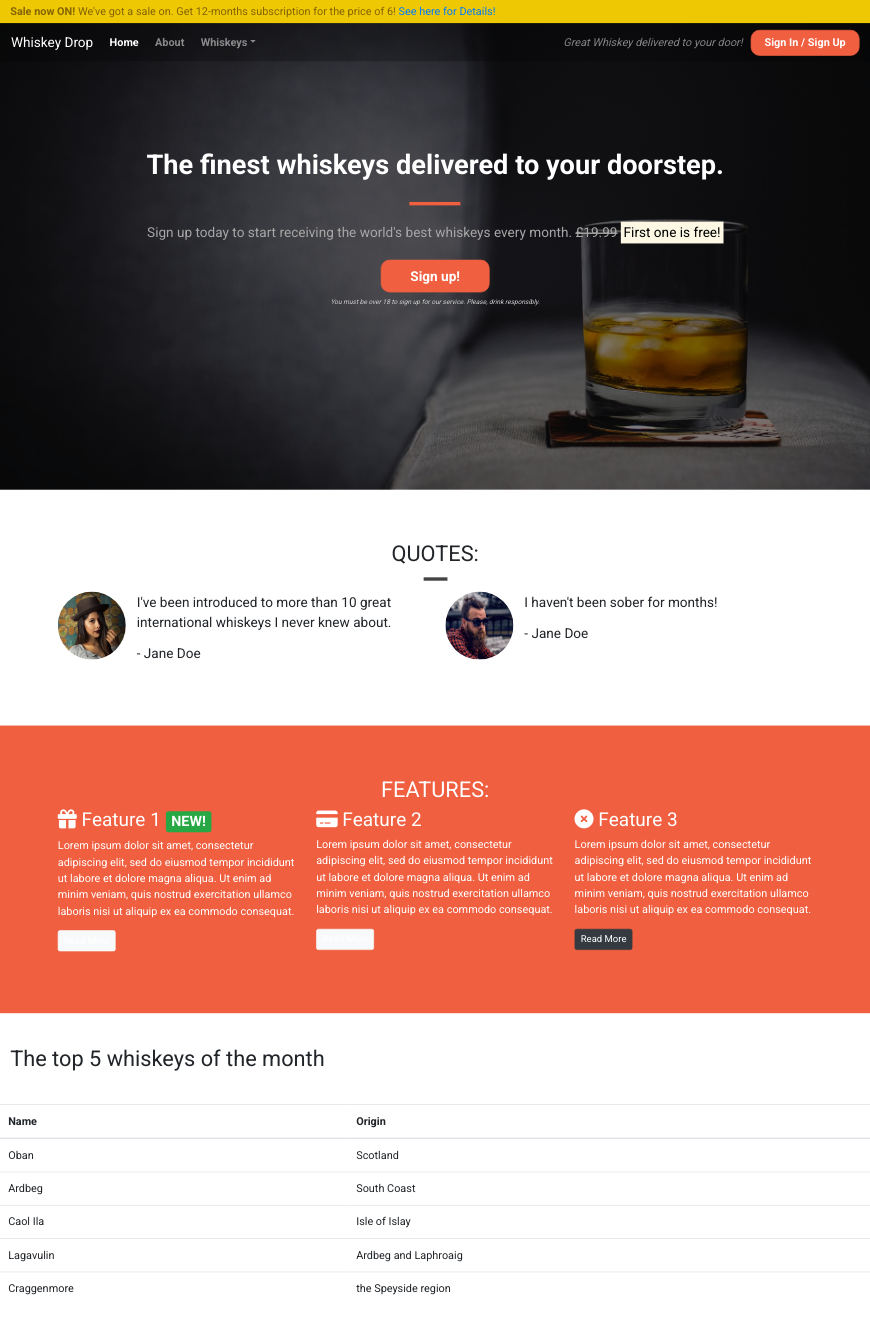
Repository: hidayatmansuri/BootStrap
Page: index.html
The author's editor kept a record of every edit. The page is drawn from the files as they stood at one moment, then again after the next edit.
The browser window is 1280 px wide. The pictures show the whole page, at 68% of full size.
Backgrounds fixed to the window are drawn as part of the page. Some web libraries are served in a nearby version.

Above is the page before.

### index.html
<!DOCTYPE html>
<html lang="en-us">

<head>
    <meta charset="utf-8">
    <meta name="viewport" content="width=device-width, initial-scale=1.0">
    <meta http-equiv="X-UA-Compatible" content="ie=edge">
    <title>Whiskey Drop | Taste a new whiskey every month</title>
    <link rel="stylesheet" href="https://maxcdn.bootstrapcdn.com/bootstrap/4.1.3/css/bootstrap.min.css">
    <script src="https://kit.fontawesome.com/011e87d520.js"></script>
    <link href="https://fonts.googleapis.com/css?family=Roboto:400,700&display=swap" rel="stylesheet">
    <link rel="stylesheet" href="css/style.css" type="text/css" />
</head>

<body>
    <div class="container-fluid navalert-container">
        <div class="container-fluid alert-container">
            <div class="row d-none d-sm-block">
                <div class="col-12">
                    <div class="site-wide-alert aler alert-warning">
                        <strong>Sale now ON!</strong> We've got a sale on. Get 12-months subscription for the price of 6! <a href="">See here for Details!</a>
                    </div>
                </div>
            </div>
        </div>
        <nav class="navbar navbar-dark navbar-expand-sm">
            <a href="/" class="navbar-brand"> Whiskey Drop</a>
            <button class="navbar-toggler ml-auto" type="button" data-toggle="collapse" data-target="#navbarNavDropdown" aria-controls="navbarNavDropdown" aria-expanded="false" aria-label="Toggle navigation">
        <span class="navbar-toggler-icon"></span></button>
            <div class="collapse navbar-collapse" id="navbarNavDropdown">
                <ul class="navbar-nav mr-auto">
                    <li class="active nav-item mr-2"><a class="nav-link" href="/">Home</a></li>
                    <li class="nav-item mr-2"><a class="nav-link" href="/ about">About</a></li>
                    <li class="nav-item dropdown">
                        <a class="nav-link dropdown-toggle" href="#" id="navbarDropdownMenuLink" role="button" data-toggle="dropdown" aria-haspopup="true" aria-expanded="false">Whiskeys</a>
                        <div class="dropdown-menu" aria-labelledby="navbarDropdownMenuLink">
                            <a class="dropdown-item" href="#">Irish</a>
                            <a class="dropdown-item" href="#">Scotch</a>
                            <a class="dropdown-item" href="#">Japanese</a>
                            <a class="dropdown-item" href="#">American</a>
                        </div>
                    </li>
                    <li class="nav-item mr-2 d-block d-sm-none">
                        <a class="nav-link " href="/ login">Sign In / Sign Up</a></li>
                </ul>
            </div>
            <div class="d-none d-md-block">
                <p class="navbar-text my-auto mr-2"><i>Great Whiskey delivered to your door!</i></p>
                <a href="/login" class="btn btn--cta btn--red"> Sign In / Sign Up</a>
            </div>
        </nav>
    </div>

    <!-- Callout -->
    <div class="container-fluid callout-container">
        <div class="opaque-overlay">&nbsp</div>
        <div class="row ">
            <div class="col-12">
                <section class="callout jumbotron text-center">
                    <h1 class="jumbotron-header">The finest whiskeys delivered to your doorstep.</h1>
                    <hr class="block-divider block-divider--orange">
                    <p class="lead">Sign up today to start receiving the world's best whiskeys every month.
                        <s class="d-none d-sm-inline">£19.99</s>
                        <span class="d-inline d-sm-none"><br></span>
                        <strong><mark>First one is free!</mark></strong></p>
                    <button class="btn btn-lg btn--cta btn--red" data-toggle="modal" data-target="#signUpModal">Sign up!</button>
                    <p class="text-muted"><small>You must be over 18 to sign up for our service. Please, drink responsibly.</small></p>
                </section>
            </div>
        </div>
    </div>
    <!-- /.callout -->


    <!-- Quotes -->
    <div class="container-wrapper">
        <div class="container quotes-container content-container">
            <section class="quotes">
                <div class="row">
                    <div class="col-12 page-header">
                        <h2 class="text-uppercase">Quotes:</h2>
                        <hr class="block-divider block-divider--short">
                    </div>
                </div>
                <div class="row">
                    <div class="col-12 col-md-6">
                        <div class="media">
                            <div class="d-none d-sm-block">
                                <img src="images/girl-image.png" class="rounded-circle mr-3" height=100 width=100>
                            </div>
                            <div class="media-body">
                                <blockquote class="blockquote">
                                    <p>I've been introduced to more than 10 great international whiskeys I never knew about.</p>
                                    <p>- Jane Doe</p>
                                </blockquote>
                            </div>
                        </div>
                    </div>
                    <div class="col-12 col-md-6">
                        <div class="media">
                            <div class="d-none d-sm-block">
                                <img src="images/guy-image.png" class="rounded-circle mr-3" height=100 width=100>
                            </div>
                            <div class="media-body">
                                <blockquote class="blockquote">
                                    <p>I haven't been sober for months!</p>
                                    <p>- Jane Doe</p>
                                </blockquote>
                            </div>
                        </div>
                    </div>
                </div>
            </section>
            <!-- /.quotes -->
        </div>
    </div>
    <!-- Features -->
    <div class="containr-wrapper container-wrapper--red">
        <div class="container feature-container content-container">
            <section class="features">
                <div class="row">
                    <div class="col-12 page-header">
                        <h2 class="text-uppercase">Features:</h2>
                    </div>
                </div>
                <div class="row">
                    <div class="col-12 col-md-6 col-lg-4">
                        <div class="feature">
                            <h3><i class="fas fa-gift d-none d-sm-inline"></i> Feature 1 <span class="badge badge-success">NEW!</span></h3>
                            <p>Lorem ipsum dolor sit amet, consectetur adipiscing elit, sed do eiusmod tempor incididunt ut labore et dolore magna aliqua. Ut enim ad minim veniam, quis nostrud exercitation ullamco laboris nisi ut aliquip ex ea commodo consequat.</p>
                            <p><a class="btn btn-sm btn-light">Read More</a></p>
                        </div>
                    </div>
                    <div class="col-12 col-md-6 col-lg-4">
                        <div class="feature">
                            <h3><i class="fas fa-credit-card d-none d-sm-inline"></i> Feature 2</h3>
                            <p>Lorem ipsum dolor sit amet, consectetur adipiscing elit, sed do eiusmod tempor incididunt ut labore et dolore magna aliqua. Ut enim ad minim veniam, quis nostrud exercitation ullamco laboris nisi ut aliquip ex ea commodo consequat.</p>
                            <p><a class="btn btn-sm btn-light">Read More</a></p>
                        </div>
                    </div>
                    <div class="col-12 d-md-none d-lg-block col-lg-4 d-none d-sm-inline">
                        <div class="feature">
                            <h3><i class="fas fa-times-circle"></i> Feature 3</h3>
                            <p>Lorem ipsum dolor sit amet, consectetur adipiscing elit, sed do eiusmod tempor incididunt ut labore et dolore magna aliqua. Ut enim ad minim veniam, quis nostrud exercitation ullamco laboris nisi ut aliquip ex ea commodo consequat.</p>
                            <p><a class="btn btn-sm btn-dark">Read More</a></p>
                        </div>
                    </div>
                </div>
            </section>
            <!-- /.features -->
        </div>
    </div>
    <section>
        <div class="col-12 my-5">
            <h2>The top 5 whiskeys of the month</h2>
        </div>
        <table class="my-5 table">
            <thead>
                <tr>
                    <th scope="col">Name</th>
                    <th scope="col">Origin</th>
                </tr>
            </thead>
            <tbody>
                <tr>
                    <td>Oban</td>
                    <td>Scotland</td>
                </tr>
                <tr>
                    <td>Ardbeg</td>
                    <td>South Coast</td>
                </tr>
                <tr>
                    <td>Caol Ila</td>
                    <td>Isle of Islay</td>
                </tr>
                <tr>
                    <td>Lagavulin</td>
                    <td>Ardbeg and Laphroaig</td>
                </tr>
                <tr>
                    <td>Craggenmore</td>
                    <td>the Speyside region</td>
                </tr>
            </tbody>
        </table>

    </section>

    <div class="modal" tabindex="-1" role="dialog" id="signUpModal">
        <div class="modal-dialog" role="document">
            <div class="modal-content">
                <div class="modal-header">
                    <h5 class="modal-title">Sign Up to Whiskey Drop!</h5>
                    <button type="button" class="close" data-dismiss="modal" aria-label="Close">
          <span aria-hidden="true">&times;</span>
        </button>
                </div>
                <div class="modal-body">
                    <form>
                        <div class="form-group">
                            <label for="exampleInputEmail1">Email address</label>
                            <input type="email" class="form-control" id="exampleInputEmail1" aria-describedby="emailHelp" placeholder="Enter email">
                            <small id="emailHelp" class="form-text text-muted">We'll never share your email with anyone else.</small>
                        </div>
                        <div class="form-group">
                            <label for="Password">Password</label>
                            <input type="password" class="form-control" id="Password" placeholder="Password">
                        </div>
                        <div class="form-group">
                            <label for="repeatPassword">Repeat Password</label>
                            <input type="password" class="form-control" id="repeatPassword" placeholder="Repeat Password">
                        </div>
                        <button type="submit" class="btn btn-success">Submit</button>
                    </form>
                </div>
            </div>
        </div>
    </div>
    <script src="https://code.jquery.com/jquery-3.3.1.slim.min.js" integrity="sha384-q8i/X+965DzO0rT7abK41JStQIAqVgRVzpbzo5smXKp4YfRvH+8abtTE1Pi6jizo" crossorigin="anonymous"></script>
    <script src="https://cdnjs.cloudflare.com/ajax/libs/popper.js/1.14.7/umd/popper.min.js" integrity="sha384-UO2eT0CpHqdSJQ6hJty5KVphtPhzWj9WO1clHTMGa3JDZwrnQq4sF86dIHNDz0W1" crossorigin="anonymous"></script>
    <script src="https://stackpath.bootstrapcdn.com/bootstrap/4.3.1/js/bootstrap.min.js" integrity="sha384-JjSmVgyd0p3pXB1rRibZUAYoIIy6OrQ6VrjIEaFf/nJGzIxFDsf4x0xIM+B07jRM" crossorigin="anonymous"></script>
</body>

</html>

### css/style.css
body {
    font-family: 'Roboto', sans-serif;
}

.container-wrapper{

}

.container-wrapper--red {
    background-color: #f05f40;
    color:white;
}

.alert-container .col-12 {
    padding-left: 0;
    padding-right: 0;
}

.site-wide-alert {
    border-radius: 0;
    margin-bottom: 0;
    padding: 5px 15px;
    background-color: #eec802;
    border-color: #eec802;
}

.callout-container {
    height: 100vh;

    background: url(../images/whiskey-background.jpg) no-repeat bottom right fixed;
    -webkit-background-size: cover;
    -moz-background-size: cover;
    -o-background-size: cover;
    background-size: cover;

    display:flex;
    align-items: center;
    justify-content: center;

    position: relative;

}

.opaque-overlay {
    position: absolute;
    top: 0;
    left: 0;
    height: 100%;
    width: 100%;
    background-color: rgba(0,0,0,0.5);
}

.quotes-container {}

.feature-container {}

/* Page Header */

.page-header {
    margin-bottom: 0;
    border-bottom: 0;
    test-align: center;
}

.page-header h2 {
   margin-top: 0;
   text-align: center;
}

/*Block dividers */

.block-divider {
    width: 75px;
    height: 5px;
    border: 0;
    background-color: #444;

}

.block-divider--orange {
    background-color: #f05f40;
}

.block-divider--white {
    background-color: white;
}

.block-divider--short {
     width: 35px;
}

/* Content Containers */

.content-container {
    padding-top: 75px;
    padding-bottom: 75px;
    /*text-align: center;*/
}

/* Navbar */

.navalert-container {
    position: absolute;
    top:0;
    left:0;
    padding-left: 0;
    padding-right: 0;
    z-index: 1;
}

.navbar {
    margin-bottom: 0;
    border: 0;
    width: 100%;
    background-color: rgba(0,0,0,0.25);
}

.navbar .navbar-nav a {
    font-weight: bold;
}

.navbar .navbar-toggler {
    font-weight: bold;
}

.navbar-brand {
    background-color: transparent;
}

/*jumbotron*/

.jumbotron {
    background-color: transparent;
}

.jumbotron-header {
    color: white;
    font-weight: bold;
    margin-bottom: 30px;
}

.jumbotron .lead {
    margin: 25px 0;
    color: #a7a7a7;
}

.jumbotron small {
    font-size: 60%;
    font-style: italic;
    color: #d0d0d0;
}

/* Buttons */

.btn--cta {
    font-weight: bold;
    border-radius: 13px;
    width: 160px;
}

.btn--red {
    color: white;
    background-color: #f05f40;
    border-color: #f05f40;
}

.btn--red:hover,
.btn--red:active,
.btn--red:focus,
.btn--red:active:focus {
    background-color: #df4929;
    border-color: #df4929;
}

After the next edit:
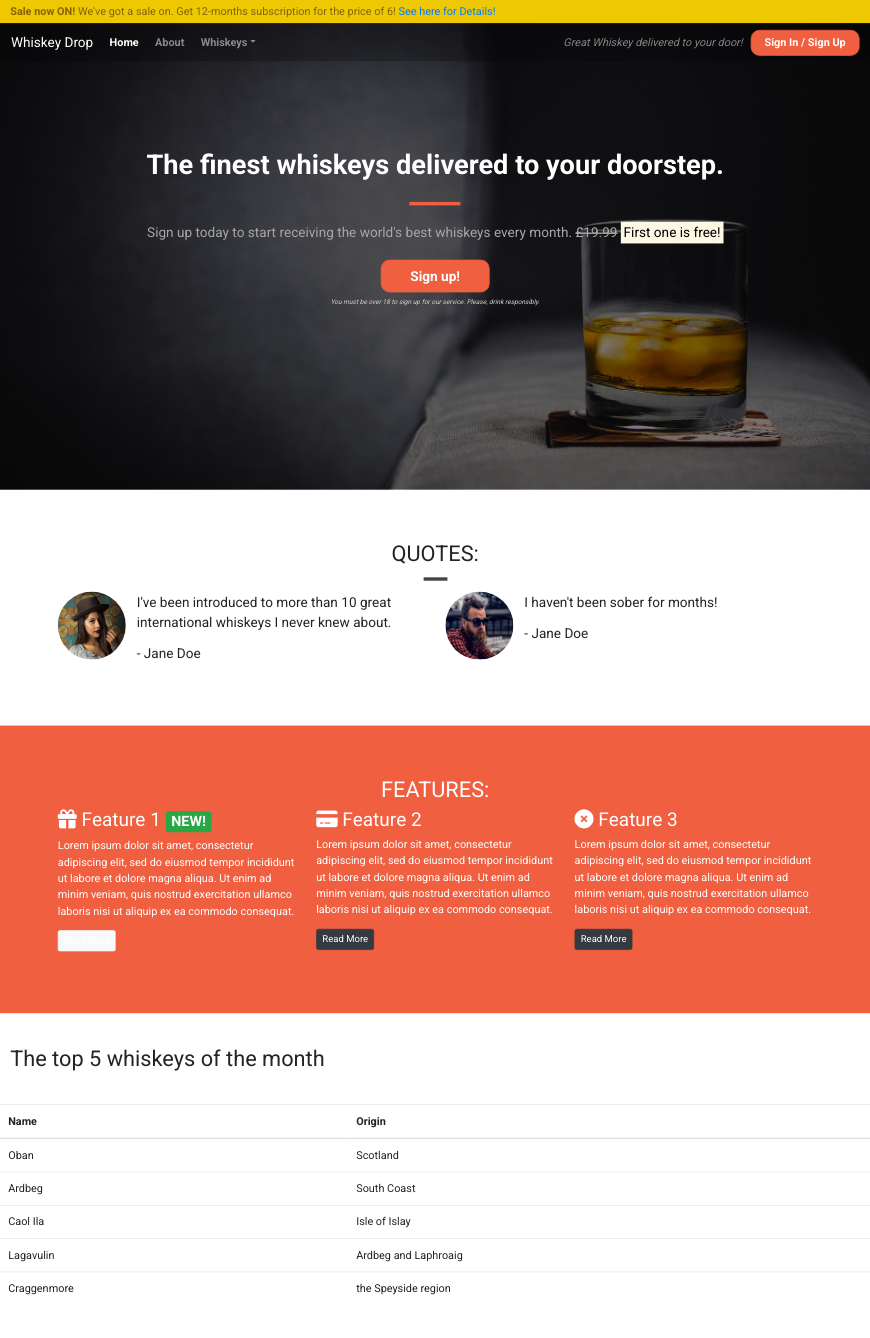
The edit:
--- a/index.html
+++ b/index.html
@@ -135,7 +135,7 @@
                         <div class="feature">
                             <h3><i class="fas fa-credit-card d-none d-sm-inline"></i> Feature 2</h3>
                             <p>Lorem ipsum dolor sit amet, consectetur adipiscing elit, sed do eiusmod tempor incididunt ut labore et dolore magna aliqua. Ut enim ad minim veniam, quis nostrud exercitation ullamco laboris nisi ut aliquip ex ea commodo consequat.</p>
-                            <p><a class="btn btn-sm btn-light">Read More</a></p>
+                            <p><a class="btn btn-sm btn-dark">Read More</a></p>
                         </div>
                     </div>
                     <div class="col-12 d-md-none d-lg-block col-lg-4 d-none d-sm-inline">
